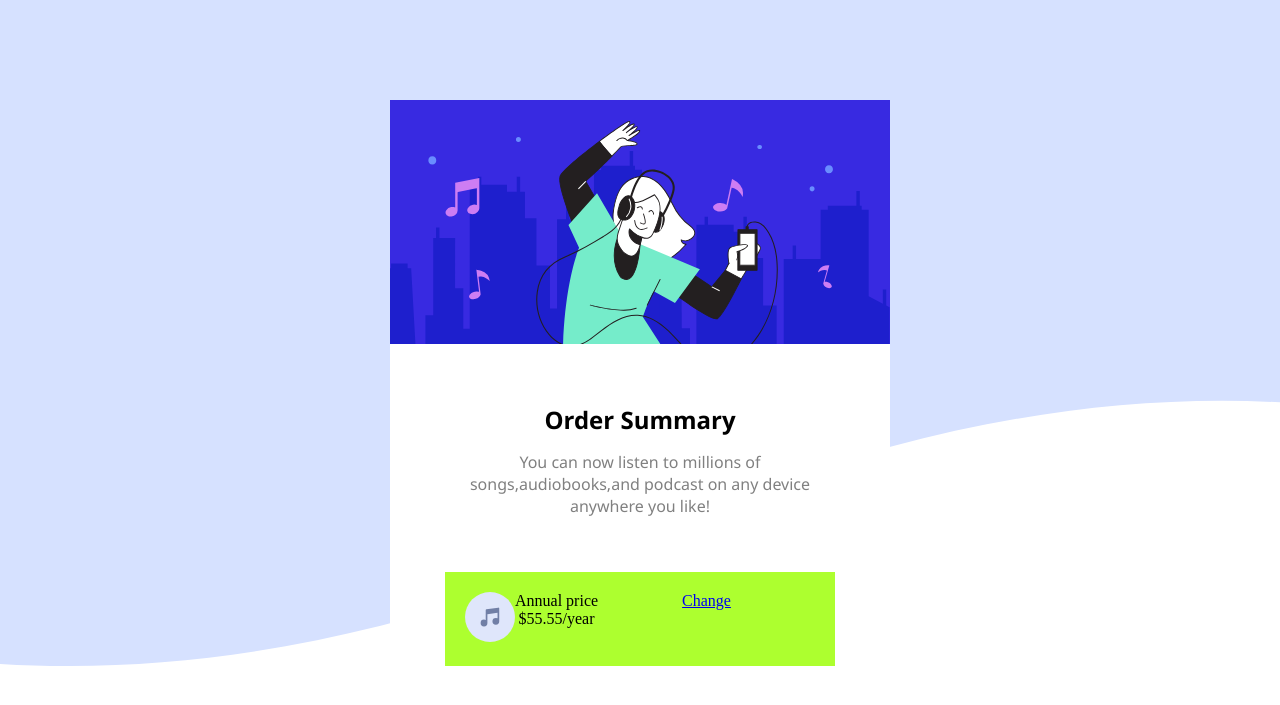
Repository: Eugene44-hub/newbie-project
Page: index.html
An editor plug-in stored every save of this project. The page is shown before and after a run of saves, followed by the edit.
The browser window is 1280 px wide. The pictures show the whole page.

Above is the page before, as saved 2021-08-29 03:37:45.

After the next 2 saves:
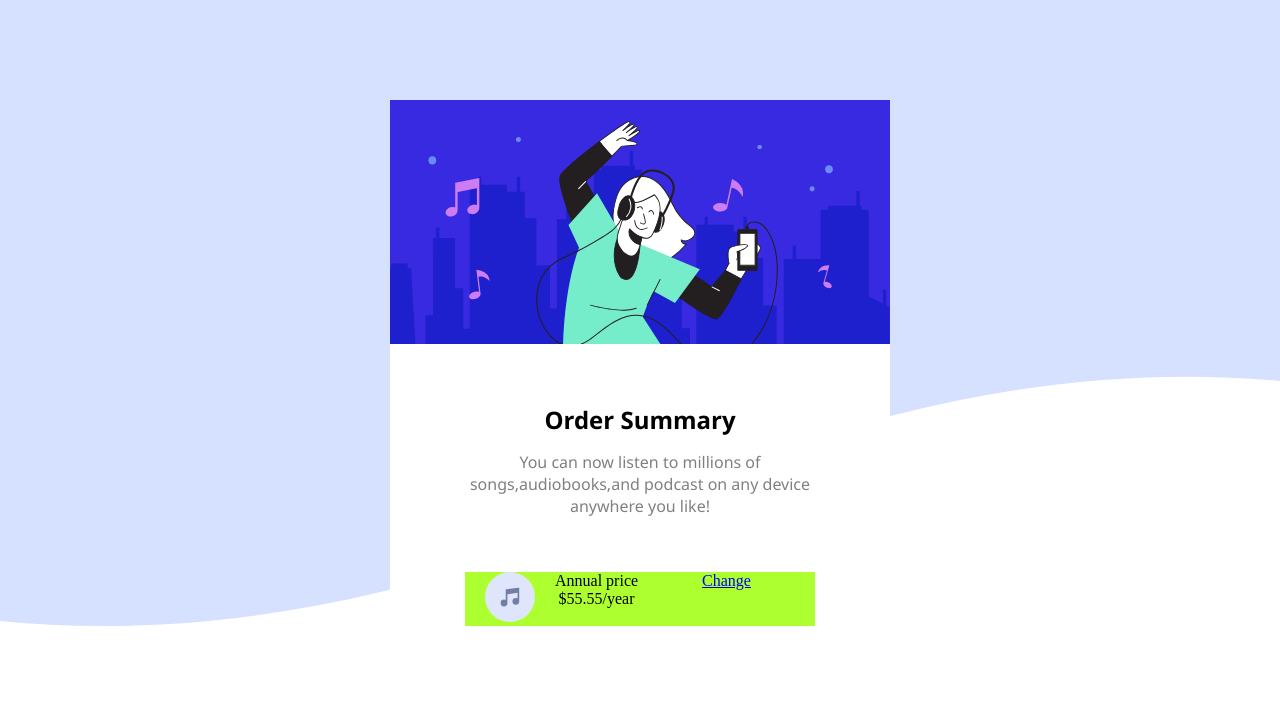
The 2 saves are shown as one change because they came seconds apart.
The last was saved 14 s later.
--- a/style.css
+++ b/style.css
@@ -55,7 +55,6 @@ p {
     width: 70%;
     margin: auto;
     background-color: greenyellow;
-    padding: 20px;
 }
 
 .link {
@@ -65,9 +64,13 @@ p {
 .musicIcon {
     flex: 80%;
     max-width: 50px;
+    margin-right: 20px;
+    margin-left: 20px;
 }
 
 .price {
     flex: 10%;
     text-align: right;
+    margin-right: 20px;
+    margin-left: 20px;
 }
